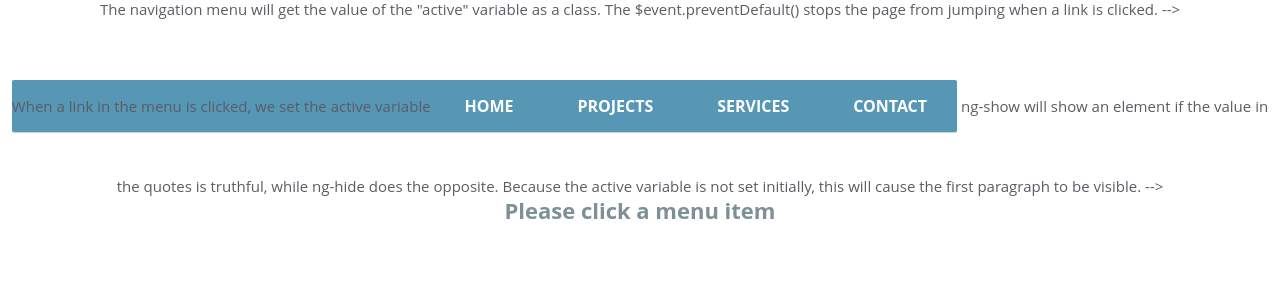
Repository: darekstanisz/zajecia1
Page: index.html
The author's editor kept a record of every edit. The page is drawn from the files as they stood at one moment, then again after the next edit.
The browser window is 1280 px wide. The pictures show the whole page.
Some web libraries are served in a nearby version.

Above is the page before.

After the next edit:
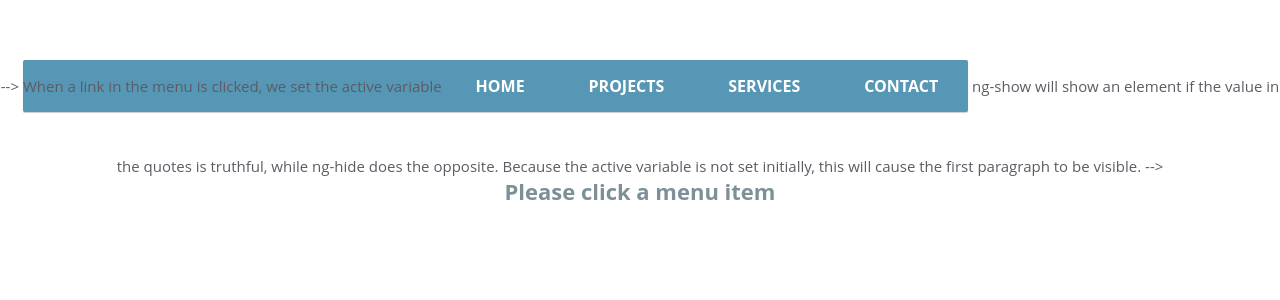
The edit:
--- a/index.html
+++ b/index.html
@@ -5,8 +5,8 @@
     <body ng-app>
          <!--Adding the ng-app declaration to initialize AngularJS -->
         <div id="main" ng-app>
-        	 The navigation menu will get the value of the "active" variable as a class.
-        		 The $event.preventDefault() stops the page from jumping when a link is clicked. -->
+        	 <!--The navigation menu will get the value of the "active" variable as a class.-->
+        		<!-- The $event.preventDefault() stops the page from jumping when a link is clicked. -->-->
 
         	<nav class="{{active}}" ng-click="$event.preventDefault()">
 
